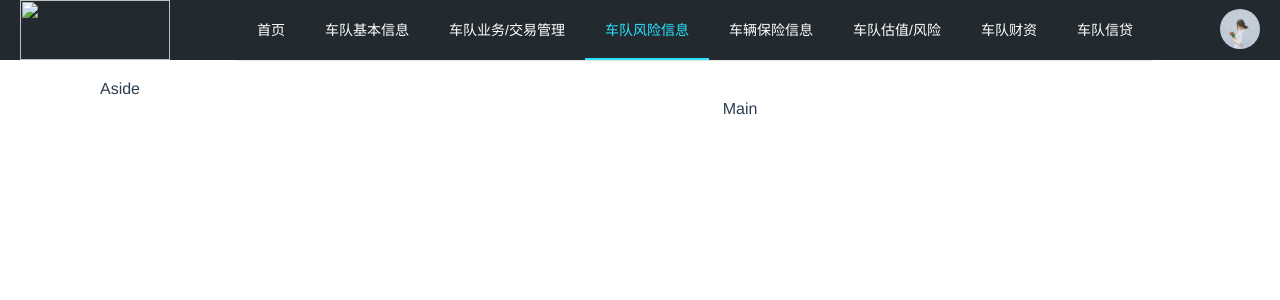
Repository: TheWomanLiketheWind/woodpecker
Page: /menuSecond
An editor plug-in stored every save of this project. The page is shown before and after a run of saves, followed by the edit.
The browser window is 1280 px wide. The pictures show the whole page.
The project was rebuilt for these pictures with package versions that can differ from the ones it lists, and the page was loaded fresh each time.

Above is the page before, as saved 2019-07-25 16:07:08.

After the next 2 saves:
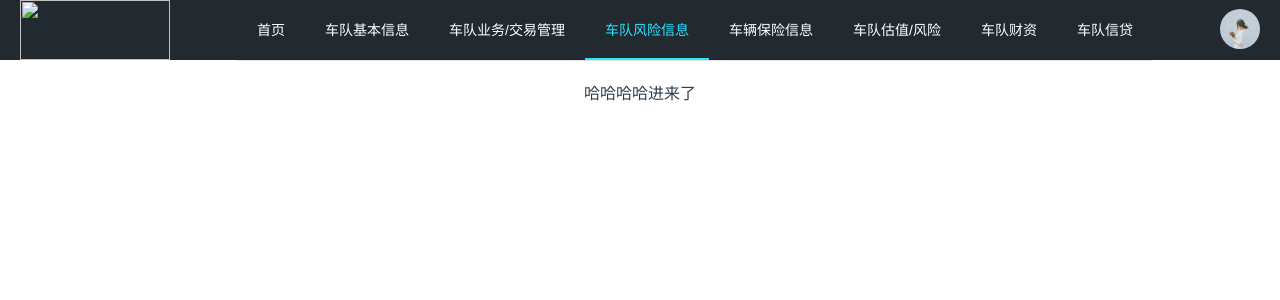
The 2 saves are shown as one change because 1 did not build or start.
The last was saved 36 s later.
--- a/src/views/menuSecond.vue
+++ b/src/views/menuSecond.vue
@@ -1,8 +1,9 @@
 <template>
-  <el-container>
+  <div>哈哈哈哈进来了</div>
+  <!-- <el-container>
     <el-aside width="200px">Aside</el-aside>
     <el-main>Main</el-main>
-  </el-container>
+  </el-container> -->
 
 </template>
 
